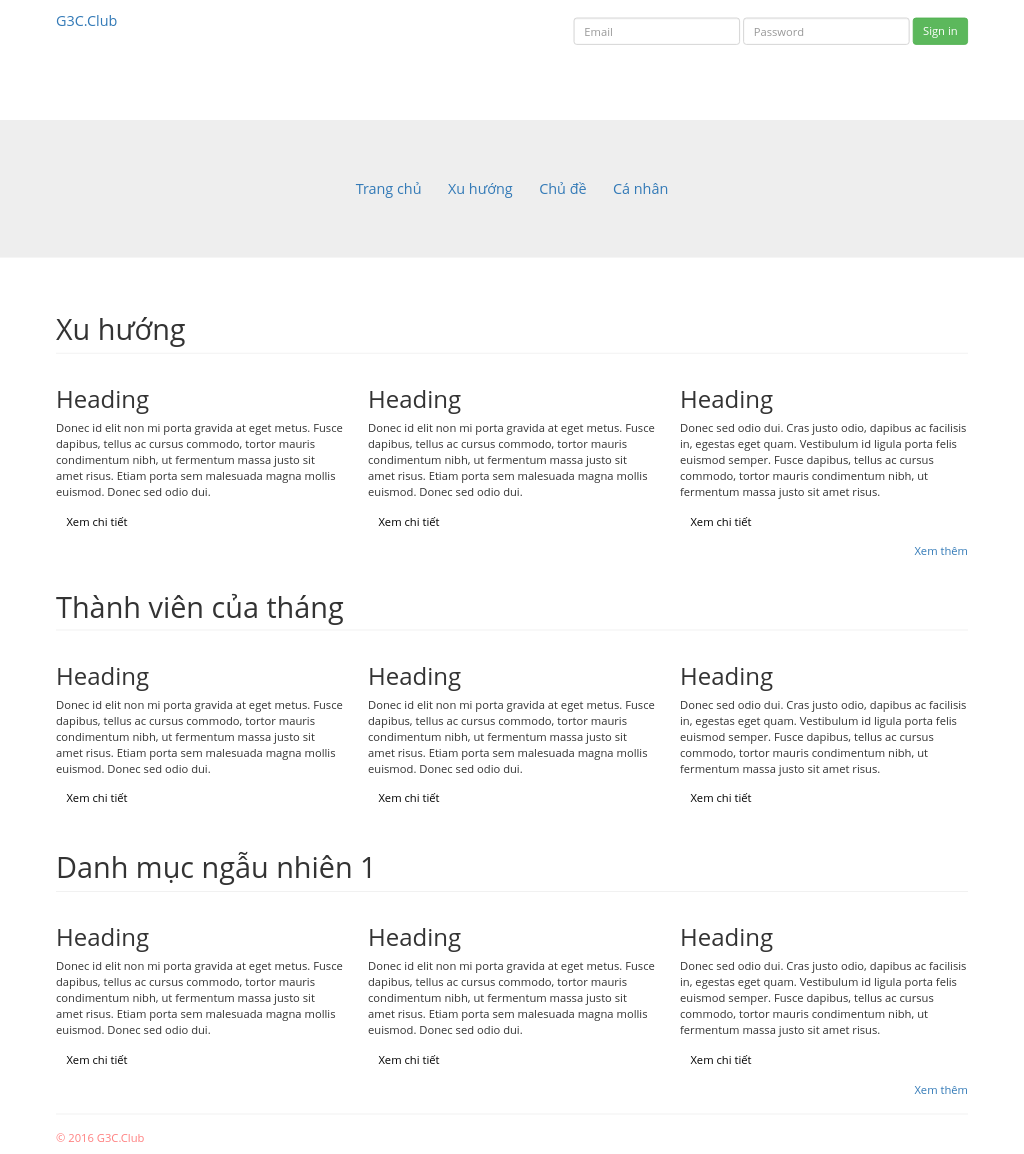
Repository: vithonghcm/g3c
Page: index-v0.html
The author's editor kept a record of every edit. The page is drawn from the files as they stood at one moment, then again after the next edit.
The browser window is 1280 px wide. The pictures show the whole page, at 80% of full size.

Above is the page before.

After the next edit:
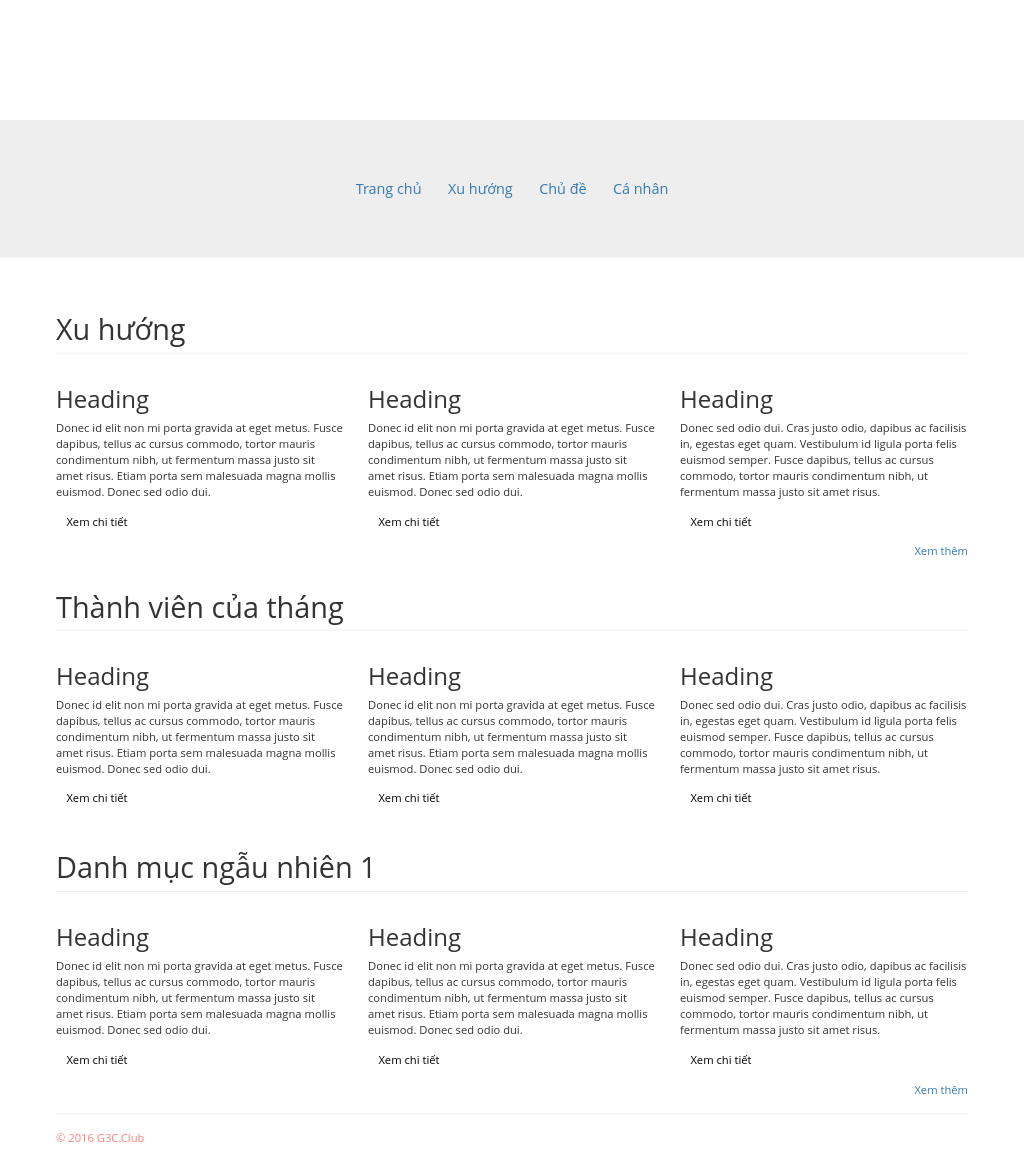
The edit:
--- a/index-v0.html
+++ b/index-v0.html
@@ -7,7 +7,7 @@
 	<link rel="stylesheet" type="text/css" href="css/style.css">
 </head>
 <body>
-<!--navbar v0 -->
+<!--navbar v0
 	<nav class="navbar navbar-color-sky navbar-fixed-top">
 		<div class="container">
 			<div class="navbar-header">

After the 4 edits that followed:
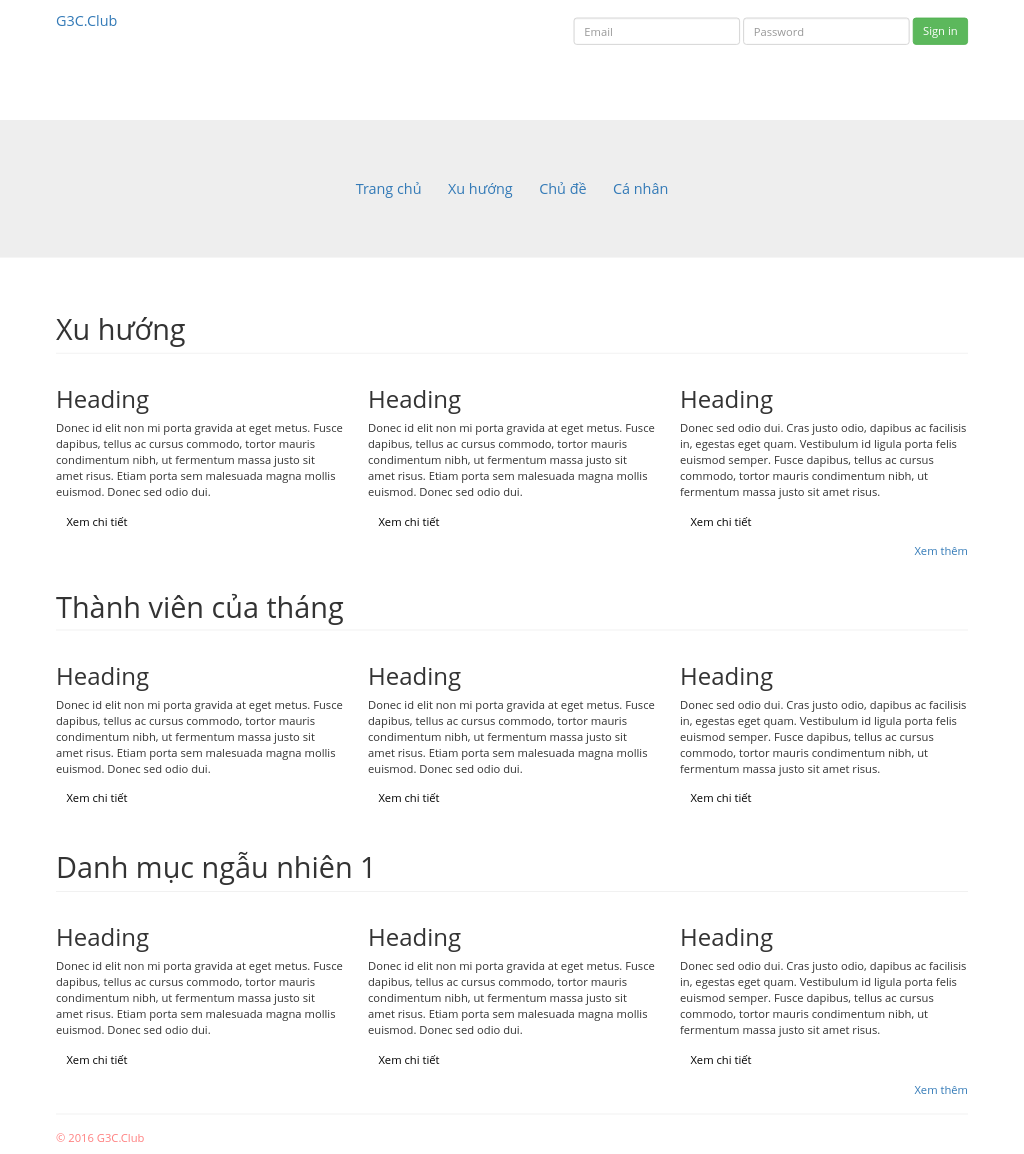
The 4 edits are shown as one change because 3 left the picture as it was.
The edit:
--- a/index-v0.html
+++ b/index-v0.html
@@ -7,7 +7,7 @@
 	<link rel="stylesheet" type="text/css" href="css/style.css">
 </head>
 <body>
-<!--navbar v0
+
 	<nav class="navbar navbar-color-sky navbar-fixed-top">
 		<div class="container">
 			<div class="navbar-header">
@@ -29,10 +29,10 @@
 					</div>
 					<button type="submit" class="btn btn-success">Sign in</button>
 				</form>
-			</div><!--/.navbar-collapse -->
+			</div><!--.navbar-collapse -->
 		</div>
 	</nav>
-<!-- end navbar v0 -->
+
 
 <!-- navbar v0.1 -->
 <!-- end navbar v0.1 -->
